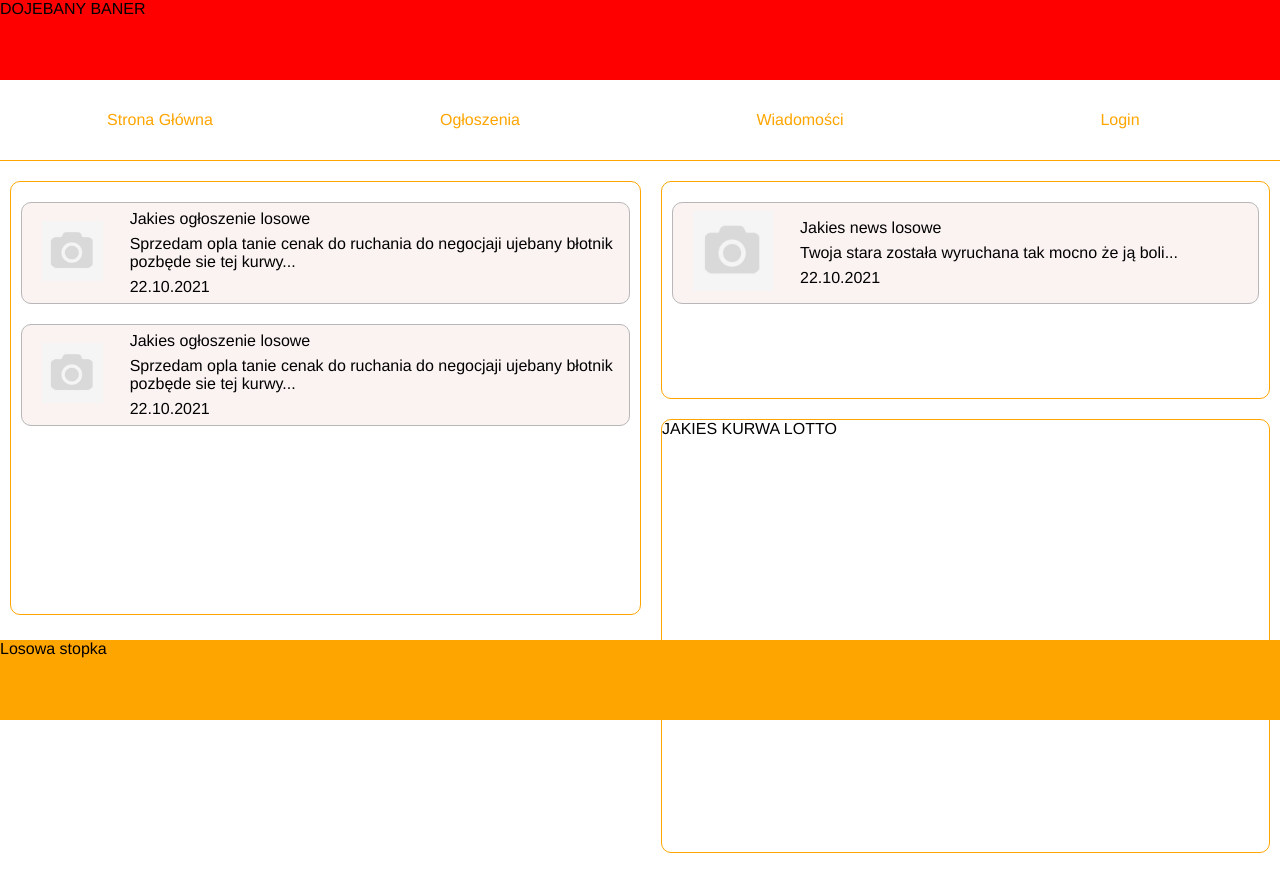
Repository: PatrykStawik/projectppz
Page: /
These files come from the project's save history. The page is drawn as it stood at one moment and after the next save; the edit follows.
The browser window is 1280 px wide. The pictures show the whole page.
The project was rebuilt for these pictures with package versions that can differ from the ones it lists, and the page was loaded fresh each time. The framework's server and built-in components were replaced by stand-ins that run in the browser.

Above is the page before, as saved 2021-05-22 15:21:28.

After the next save:
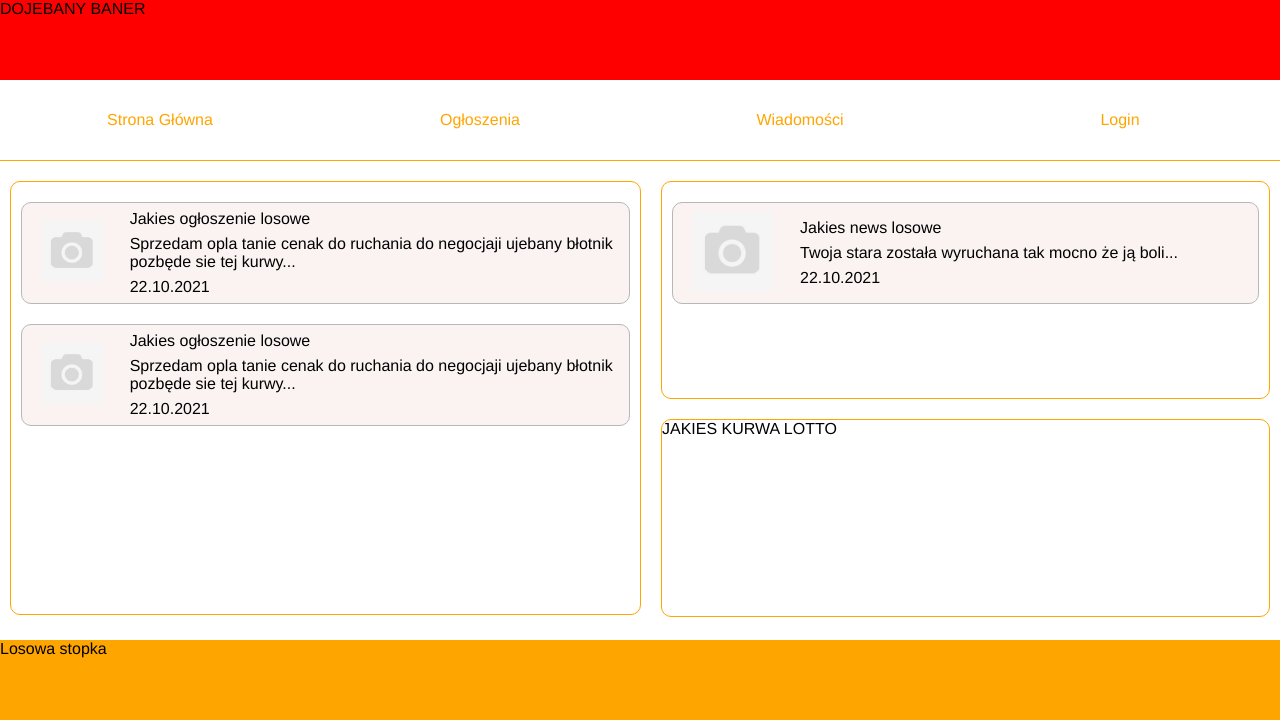
Saved 5 s later.
--- a/components/IndexPage/IndexPage.tsx
+++ b/components/IndexPage/IndexPage.tsx
@@ -22,7 +22,7 @@ const Wrapper = styled.div`
     height: 30vh;
   }
   .lotto{
-    height: ca;
+    height: calc(30vh - 20px);
   }
 `;
 
